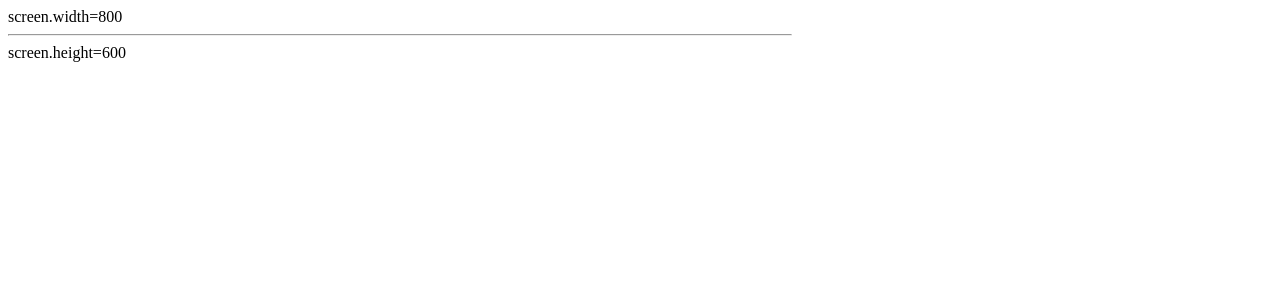
Repository: GrigoriyMo/stepthegame
Page: http://localhost/test.php
The author's editor kept a record of every edit. The page is drawn from the files as they stood at one moment, then again after the next edit.
The browser window is 1280 px wide. The pictures show the whole page.
The page is run by PHP 8.4 with error messages shown; the project is at /var/www/html/.

Above is the page before.

After the next edit:
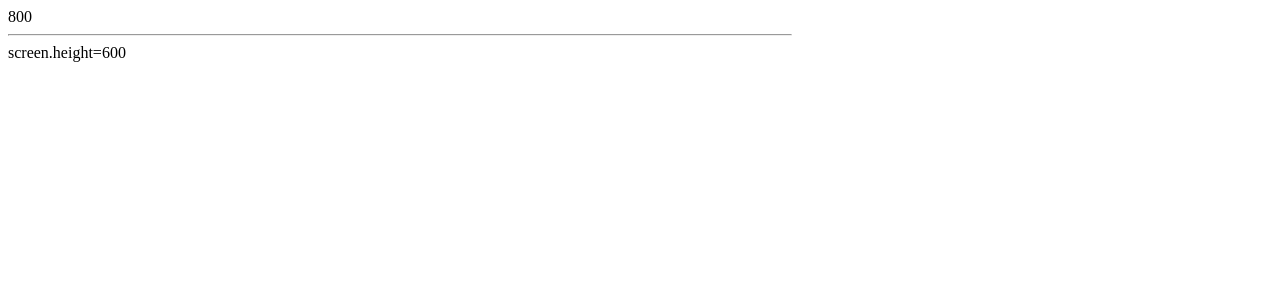
The edit:
--- a/test.php
+++ b/test.php
@@ -19,7 +19,7 @@
                     echo 'С компа';
                 }
                 */
-$screenWidth='<script type="text/javascript">document.write("screen.width="+screen.width);</script>';
+$screenWidth='<script type="text/javascript">document.write(a);</script>';
 echo$screenWidth."<hr>";
 $screenHeight='<script type="text/javascript">document.write("screen.height="+screen.height);</script>';
 echo$screenHeight;
